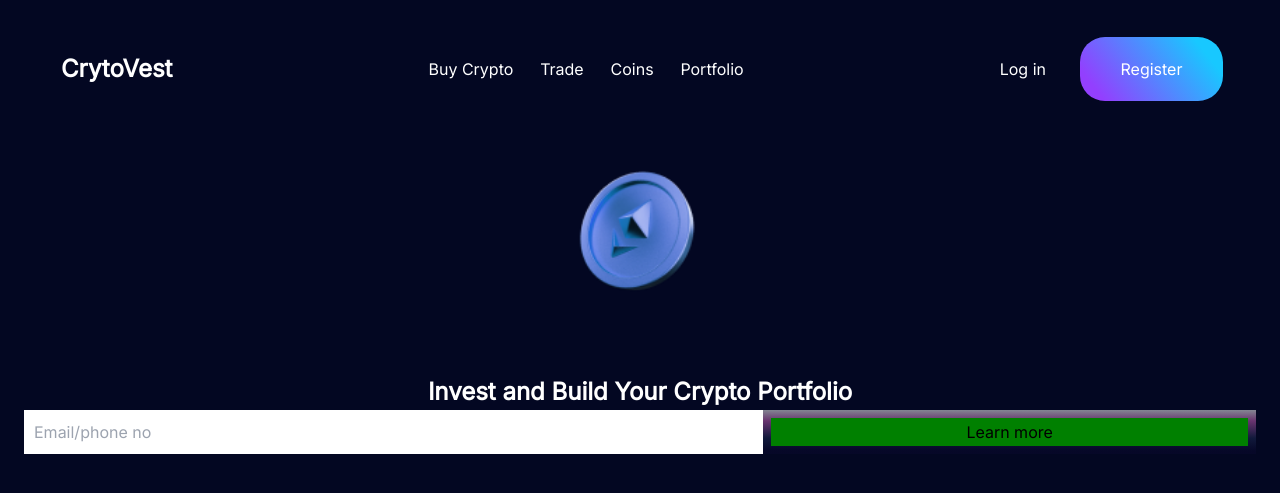
Repository: Eugene44-hub/cryptovest
Page: /
These files come from the project's save history. The page is drawn as it stood at one moment and after the next save; the edit follows.
The browser window is 1280 px wide. The pictures show the whole page.
The project was rebuilt for these pictures with package versions that can differ from the ones it lists, and the page was loaded fresh each time. Also part of the build but not shown: vite.config.ts.

Above is the page before, as saved 2022-07-15 17:54:34.

After the next save:
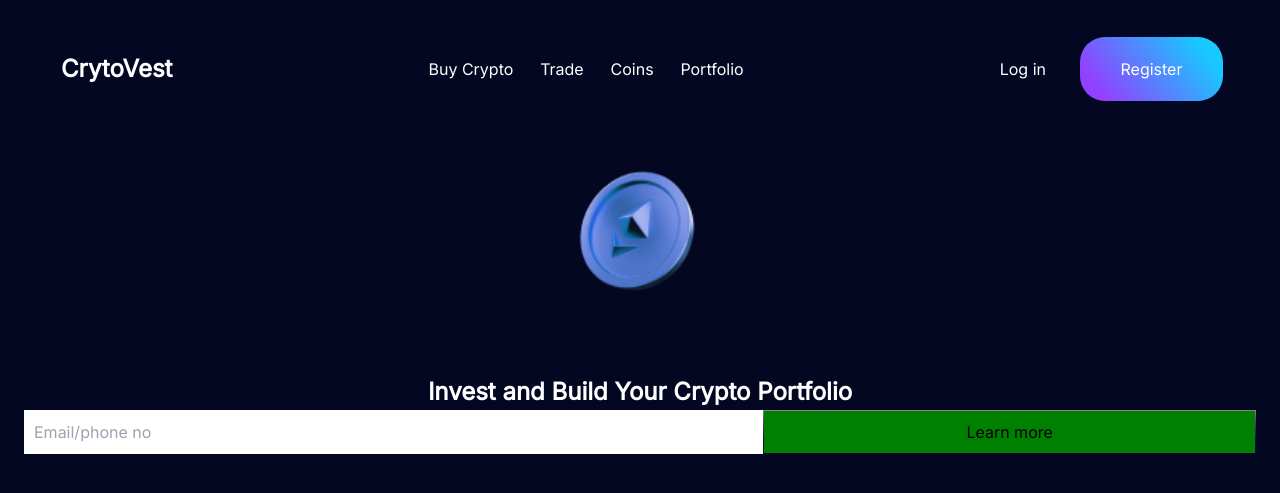
Saved 13 s later.
--- a/src/components/hero/Hero.tsx
+++ b/src/components/hero/Hero.tsx
@@ -17,7 +17,7 @@
           </header>
           <div className=' flex rounded-[25px]  '>
           <input  type="text" className='p-[10px] w-[60%]' placeholder='Email/phone no' />
-          <div className={`${styles.btnContainer} flex-1 p-2`}>
+          <div className={`${styles.btnContainer} flex-1 p-[1px]`}>
           <button className={`bg-[green] w-full h-full ${styles.inputBtn}`}>
   Learn more
 </button>
